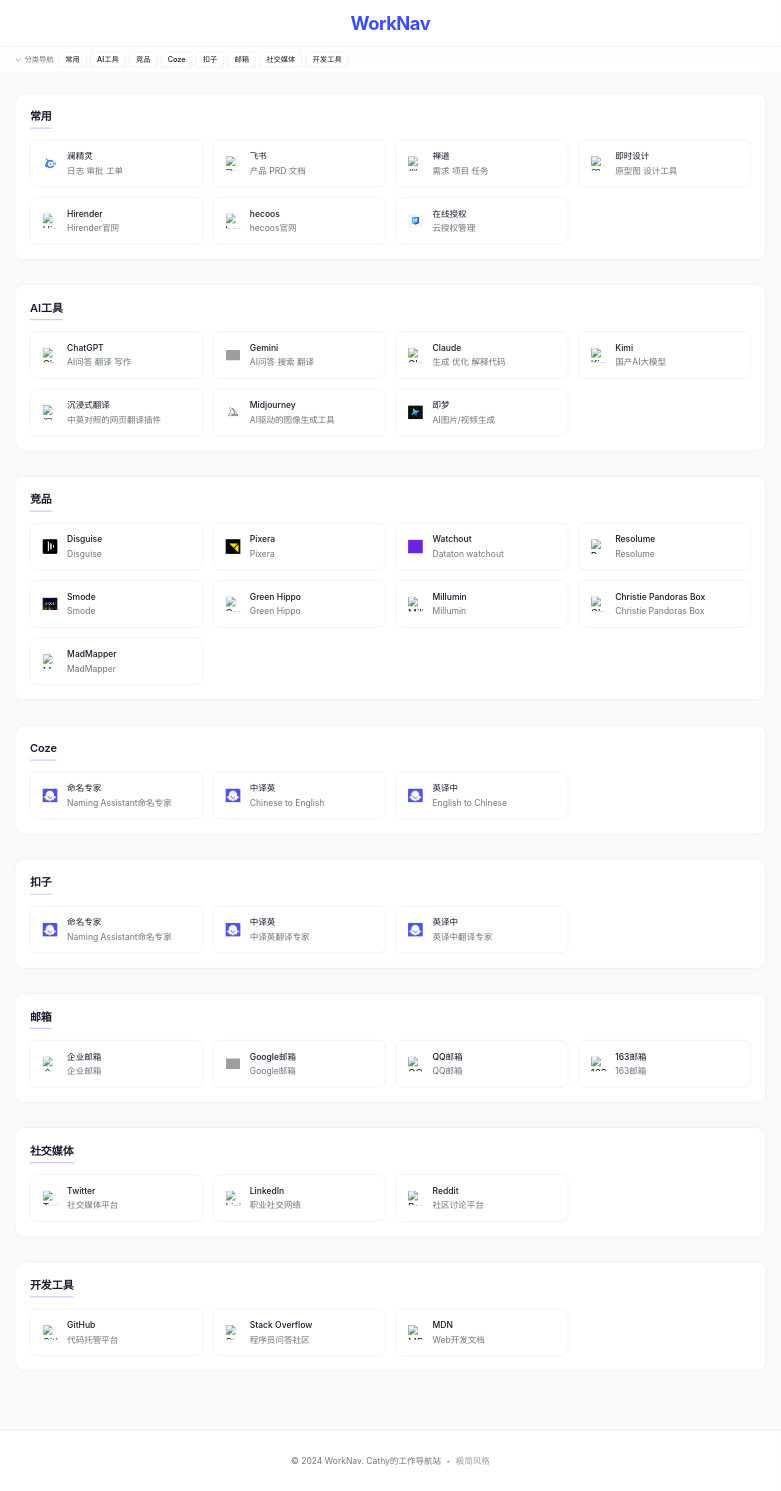
Repository: SweetPomelo0/WorkNav
Page: /
The author's editor kept a copy of each file at every save. The page is drawn from the files as they stood at one save, then again after the next save.
The browser window is 1280 px wide. The pictures show the whole page, at 61% of full size.
Pictures or frames that could not be fetched are drawn as grey boxes. The project was rebuilt for these pictures with package versions that can differ from the ones it lists, and the page was loaded fresh each time. The framework's server and built-in components were replaced by stand-ins that run in the browser. Also part of the build but not shown: next.config.ts.

Above is the page before, as saved 2025-07-26 21:36:12.

### src/app/layout.tsx
import type { Metadata } from "next";
import { Geist, Geist_Mono } from "next/font/google";
import "./globals.css";

const geistSans = Geist({
  variable: "--font-geist-sans",
  subsets: ["latin"],
});

const geistMono = Geist_Mono({
  variable: "--font-geist-mono",
  subsets: ["latin"],
});

export const metadata: Metadata = {
  title: "WorkNav - 工作网址导航",
  description: "一个简洁的工作网址导航页面",
};

export default function RootLayout({
  children,
}: Readonly<{
  children: React.ReactNode;
}>) {
  return (
    <html lang="en">
      <body
        className={`${geistSans.variable} ${geistMono.variable} antialiased`}
      >
        {children}
      </body>
    </html>
  );
}

### src/app/page.tsx
export default function Home() {
  // 定义导航分类和链接
  const categories = [
    {
      title: "常用",
      links: [
        { name: "澜精灵", url: "https://www.lanerp.com/Admin/index/index.html", desc: "日志 审批 工单", icon: "/img/lanjingling.png" },
        { name: "飞书", url: "https://enlightv.feishu.cn/wiki/D6Z1wOai9iVI4bkVlumcJprDn2e?fromScene=spaceOverview", desc: "产品 PRD 文档", icon: "https://feishu.cn/favicon.ico" },
        { name: "禅道", url: "https://enlightv.zentaopm.com/my/", desc: "需求 项目 任务", icon: "https://enlightv.zentaopm.com/favicon.ico" },
        { name: "即时设计", url: "https://js.design/recent", desc: "原型图 设计工具", icon: "https://img.js.design/assets/webImg/favicon.ico" },
        { name: "Hirender", url: "https://www.hirender.com/#/home", desc: "Hirender官网", icon: "https://www.hirender.com/favicon.ico" },
        { name: "hecoos", url: "https://www.hecoos.com/web/#/home", desc: "hecoos官网", icon: "https://www.hecoos.com/favicon.ico" },
        { name: "在线授权", url: "https://license.enlightv.com/web/", desc: "云授权管理", icon: "data:[embedded picture, 6295 characters]" },
      ]
    },
    {
      title: "AI工具",
      links: [
        { name: "ChatGPT", url: "https://chatgpt.com/", desc: "AI问答 翻译 写作", icon: "https://cdn.oaistatic.com/assets/favicon-180x180-od45eci6.webp" },
        { name: "Gemini", url: "https://gemini.google.com/app", desc: "AI问答 搜索 翻译", icon: "https://www.gstatic.com/lamda/images/gemini_sparkle_4g_512_lt_f94943af3be039176192d.png" },
        { name: "Claude", url: "https://claude.ai/", desc: "生成 优化 解释代码", icon: "https://claude.ai/favicon.ico" },
        { name: "Kimi", url: "https://www.kimi.com/", desc: "国产AI大模型", icon: "https://www.kimi.com/favicon.ico" },
        { name: "沉浸式翻译", url: "https://immersivetranslate.com/zh-Hans/?utm_source=ai-bot.cn", desc: "中英对照的网页翻译插件", icon: "https://immersivetranslate.com/favicon.ico" },
        { name: "Midjourney", url: "https://www.midjourney.com/explore?tab=video_top", desc: "AI驱动的图像生成工具", icon: "/img/mj.png" },
        { name: "即梦", url: "https://jimeng.jianying.com/ai-tool/home", desc: "AI图片/视频生成", icon: "/img/jimeng.png" }

      ]
    },
    {
      title: "竞品",
      links: [
        { name: "Disguise", url: "https://www.disguise.one/en", desc: "Disguise", icon: "/img/disguise.png" },
        { name: "Pixera", url: "https://pixera.one/zh/software/overview/", desc: "Pixera", icon: "/img/pixera.png" },
        { name: "Watchout", url: "https://www.dataton.com/", desc: "Dataton watchout", icon: "/img/watchout.png" },
        { name: "Resolume", url: "https://resolume.com/", desc: "Resolume", icon: "https://resolume.com/images/favicons/apple-touch-icon.png" },
        { name: "Smode", url: "https://www.smode.io/en/", desc: "Smode", icon: "/img/smode.png" },
        { name: "Green Hippo", url: "https://www.green-hippo.com/", desc: "Green Hippo", icon: "https://www.green-hippo.com/wp-content/themes/greenhippo/assets/icons/favicon.ico" },
        { name: "Millumin", url: "https://millumin.com/v5/index.php", desc: "Millumin", icon: "https://www.millumin.com/favicon/apple-icon-180x180.png" },
        { name: "Christie Pandoras Box", url: "https://www.christiedigital.com/products/christie-pandoras-box/", desc: "Christie Pandoras Box", icon: "https://www.christiedigital.com/apple-touch-icon.png" },
        { name: "MadMapper", url: "https://madmapper.com/madmapper/software", desc: "MadMapper", icon: "https://madmapper.com/images/favicon/apple-touch-icon.png" }

      ]
    },
    {
      title: "Coze",
      links: [
        { name: "命名专家", url: "https://www.coze.com/store/agent/7530562770308956161?bot_id=true", desc: "Naming Assistant命名专家", icon: "/img/coze.png" },
        { name: "中译英", url: "https://www.coze.com/store/agent/7530572378075152440?bot_id=true", desc: "Chinese to English", icon: "/img/coze.png" },
        { name: "英译中", url: "https://www.coze.com/store/agent/7530572202144694273?bot_id=true", desc: "English to Chinese", icon: "/img/coze.png" }
      ]
    },
    {
      title: "扣子",
      links: [
        { name: "命名专家", url: "https://www.coze.cn/store/agent/7530571775823577130?bot_id=true", desc: "Naming Assistant命名专家", icon: "/img/coze.png" },
        { name: "中译英", url: "https://www.coze.cn/store/agent/7530581452909035572?bot_id=true", desc: "中译英翻译专家", icon: "/img/coze.png" },
        { name: "英译中", url: "https://www.coze.cn/store/agent/7530581958234193970?bot_id=true", desc: "英译中翻译专家", icon: "/img/coze.png" }
      ]
    },
    {
      title: "邮箱",
      links: [
        { name: "企业邮箱", url: "https://exmail.qq.com/cgi-bin/frame_html?sid=qPUC22bEtIEF7kUt,2&sign_type=&r=586a2a390ca023395a120877ca5870f0", desc: "企业邮箱", icon: "https://exmail.qq.com/favicon.ico" },
        { name: "Google邮箱", url: "https://mail.google.com/mail/u/0/#inbox", desc: "Google邮箱", icon: "https://ssl.gstatic.com/ui/v1/icons/mail/rfr/gmail.ico" },
        { name: "QQ邮箱", url: "https://mail.qq.com/", desc: "QQ邮箱", icon: "https://mail.qq.com/favicon.ico" },
        { name: "163邮箱", url: "https://mail.163.com/", desc: "163邮箱", icon: "https://mail.163.com/favicon.ico" }
      ]
    },
    {
      title: "社交媒体",
      links: [
        { name: "Twitter", url: "https://twitter.com", desc: "社交媒体平台", icon: "https://twitter.com/favicon.ico" },
        { name: "LinkedIn", url: "https://www.linkedin.com", desc: "职业社交网络", icon: "https://www.linkedin.com/favicon.ico" },
        { name: "Reddit", url: "https://www.reddit.com", desc: "社区讨论平台", icon: "https://www.reddit.com/favicon.ico" }
      ]
    },
    {
      title: "开发工具",
      links: [
        { name: "GitHub", url: "https://github.com", desc: "代码托管平台", icon: "https://github.com/favicon.ico" },
        { name: "Stack Overflow", url: "https://stackoverflow.com", desc: "程序员问答社区", icon: "https://stackoverflow.com/favicon.ico" },
        { name: "MDN", url: "https://developer.mozilla.org", desc: "Web开发文档", icon: "https://developer.mozilla.org/favicon.ico" },
      ]
    }

  ];

  return (
    <div className="min-h-screen" style={{ background: 'var(--background)', color: 'var(--text-primary)' }}>
      {/* Header */}
      <header style={{ background: 'var(--header-bg)', borderBottom: '1px solid var(--card-border)' }}>
        <div className="max-w-7xl mx-auto px-6 py-5">
          <div className="text-center">
            <h1 className="text-3xl font-bold tracking-tight bg-clip-text text-transparent bg-gradient-to-r from-blue-600 to-indigo-600 dark:from-blue-400 dark:to-indigo-400">WorkNav</h1>
          </div>
        </div>
      </header>

      {/* Category Navigation */}
      <div className="sticky top-0 z-10" style={{ background: 'rgba(var(--header-bg-rgb), 0.85)', borderBottom: '1px solid var(--card-border)', backdropFilter: 'blur(12px)' }}>
        <div className="max-w-7xl mx-auto px-6 py-2 overflow-x-auto">
          <div className="flex items-center">
            <div className="flex-shrink-0 mr-2">
              <div className="flex items-center">
                <svg xmlns="http://www.w3.org/2000/svg" className="h-3 w-3 mr-1" fill="none" viewBox="0 0 24 24" stroke="currentColor" style={{ color: 'var(--accent)' }}>
                  <path strokeLinecap="round" strokeLinejoin="round" strokeWidth={2} d="M19 9l-7 7-7-7" />
                </svg>
                <span className="text-xs font-medium" style={{ color: 'var(--text-secondary)' }}>分类导航</span>
              </div>
            </div>
            <div className="flex space-x-1.5 overflow-x-auto scrollbar-thin flex-grow">
              {categories.map((category, index) => (
                <a
                  key={index}
                  href={`#category-${index}`}
                  className="text-xs font-medium whitespace-nowrap px-2.5 py-1 rounded-md transition-all duration-200 hover:scale-105 hover:shadow-md flex-shrink-0"
                  style={{
                    background: 'var(--card-bg)',
                    border: '1px solid var(--card-border)',
                    boxShadow: '0 1px 2px rgba(0,0,0,0.05)'
                  }}
                >
                  {category.title}
                </a>
              ))}
            </div>
          </div>
        </div>
      </div>

      {/* Main Content */}
       <main className="max-w-7xl mx-auto px-6 py-8">
         <div className="space-y-10">
           {categories.map((category, index) => (
             <div
               key={index}
               id={`category-${index}`}
               style={{
                 background: 'var(--card-bg)',
                 borderColor: 'var(--card-border)'
               }}
               className="rounded-2xl border p-6 transition-all duration-300 hover:shadow-lg"
             >
               <h2
                 className="text-lg font-semibold mb-6 relative inline-block"
                 style={{ color: 'var(--text-primary)' }}
               >
                 <span className="relative z-10">{category.title}</span>
                 <span
                  className="absolute bottom-0 left-0 w-full h-0.5 rounded-full opacity-30"
                  style={{ background: 'var(--accent)', transform: 'translateY(6px)' }}
                ></span>
               </h2>
               <div className="grid grid-cols-1 sm:grid-cols-2 lg:grid-cols-3 xl:grid-cols-4 gap-4">
                 {category.links.map((link, linkIndex) => (
                   <a
                     key={linkIndex}
                     href={link.url}
                     target="_blank"
                     rel="noopener noreferrer"
                     style={{
                       borderColor: 'var(--card-border)',
                       background: 'var(--card-bg)'
                     }}
                     className="block p-4 rounded-xl border hover:shadow-md transition-all duration-200 group relative"
                   >

                     <div className="flex items-center justify-between">
                       <div className="flex items-center flex-1">
                         <div className="w-8 h-8 mr-3 flex-shrink-0 flex items-center justify-center">
                           {link.icon ? (
                             <img
                               src={link.icon}
                               alt={`${link.name} icon`}
                               className="w-6 h-6 object-contain"
                             />
                           ) : (
                             <div
                               style={{ background: 'var(--card-hover)' }}
                               className="w-6 h-6 rounded-md flex items-center justify-center"
                             >
                               <span style={{ color: 'var(--text-secondary)' }} className="text-xs font-medium">
                                 {link.name.charAt(0).toUpperCase()}
                               </span>
                             </div>
                           )}
                         </div>
                         <div className="flex-1">
                           <h3
                             style={{ color: 'var(--text-primary)' }}
                             className="text-sm font-medium group-hover:text-blue-600 dark:group-hover:text-blue-400 transition-colors"
                           >
                             {link.name}
                           </h3>
                           <p
                             style={{ color: 'var(--text-secondary)' }}
                             className="text-sm mt-1"
                           >
                             {link.desc}
                           </p>
                         </div>
                       </div>

                     </div>
                   </a>
                 ))}
               </div>
             </div>
           ))}
         </div>
       </main>

      {/* Footer */}
      <footer style={{ borderTop: '1px solid var(--card-border)', background: 'var(--footer-bg)' }} className="mt-16">
        <div className="max-w-7xl mx-auto px-6 py-10">
          <div className="text-center">
            <p style={{ color: 'var(--text-secondary)' }} className="text-sm">
              © 2024 WorkNav. Cathy的工作导航站
              <span className="inline-block mx-2 opacity-50">•</span>
              <span className="opacity-70">极简风格</span>
            </p>
          </div>
        </div>
      </footer>
    </div>
  );
}

### src/app/globals.css
@import "tailwindcss";

:root {
  --background: #f8f9fa;
  --foreground: #1a1a2e;
  --card-bg: #ffffff;
  --card-border: #e9ecef;
  --card-hover: #f1f3f5;
  --accent: #4361ee;
  --accent-hover: #3a56d4;
  --text-primary: #1a1a2e;
  --text-secondary: #6c757d;
  --text-tertiary: #adb5bd;
  --header-bg: #ffffff;
  --header-bg-rgb: 255, 255, 255;
  --footer-bg: #ffffff;
}

@theme inline {
  --color-background: var(--background);
  --color-foreground: var(--foreground);
  --font-sans: var(--font-geist-sans);
  --font-mono: var(--font-geist-mono);
}

@media (prefers-color-scheme: dark) {
  :root {
    --background: #121212;
    --foreground: #f8f9fa;
    --card-bg: #1e1e1e;
    --card-border: #2d2d2d;
    --card-hover: #2a2a2a;
    --accent: #4361ee;
    --accent-hover: #5a72f0;
    --text-primary: #f8f9fa;
    --text-secondary: #adb5bd;
    --text-tertiary: #6c757d;
    --header-bg: #1a1a1a;
    --header-bg-rgb: 26, 26, 26;
    --footer-bg: #1a1a1a;
  }
}

body {
  background: var(--background);
  color: var(--foreground);
  font-family:
    "Inter",
    -apple-system,
    BlinkMacSystemFont,
    "Segoe UI",
    Roboto,
    Oxygen,
    Ubuntu,
    Cantarell,
    "Open Sans",
    "Helvetica Neue",
    sans-serif;
}

/* 平滑滚动和过渡效果 */
html {
  scroll-behavior: smooth;
}

* {
  transition:
    background-color 0.2s ease,
    border-color 0.2s ease,
    transform 0.2s ease;
}

/* 自定义滚动条 */
::-webkit-scrollbar {
  width: 8px;
  height: 8px;
}

::-webkit-scrollbar-track {
  background: transparent;
}

::-webkit-scrollbar-thumb {
  background: var(--text-tertiary);
  border-radius: 4px;
}

::-webkit-scrollbar-thumb:hover {
  background: var(--text-secondary);
}

After the next save:
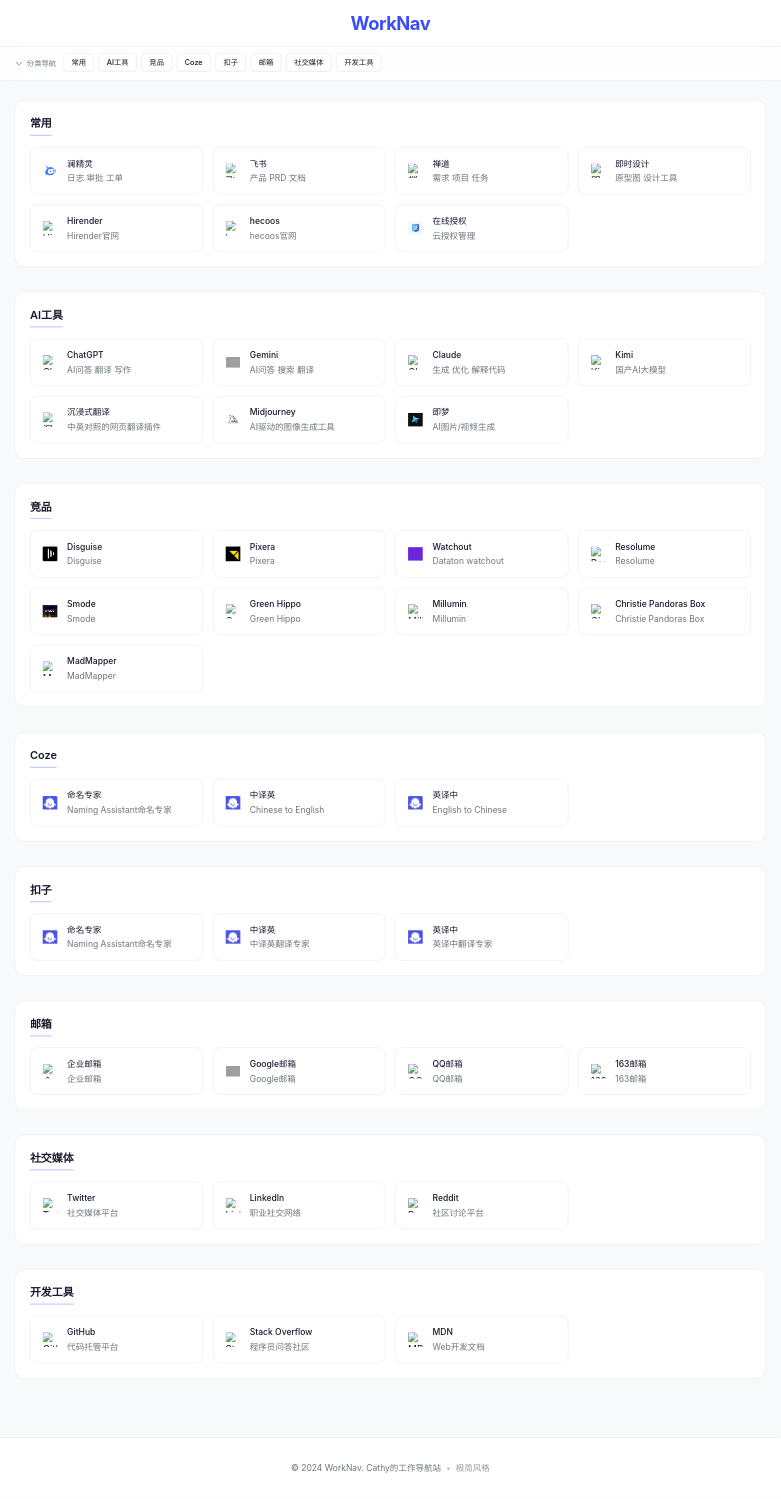
Saved 16 s later.
--- a/src/app/page.tsx
+++ b/src/app/page.tsx
@@ -98,22 +98,22 @@
 
       {/* Category Navigation */}
       <div className="sticky top-0 z-10" style={{ background: 'rgba(var(--header-bg-rgb), 0.85)', borderBottom: '1px solid var(--card-border)', backdropFilter: 'blur(12px)' }}>
-        <div className="max-w-7xl mx-auto px-6 py-2 overflow-x-auto">
+        <div className="max-w-7xl mx-auto px-6 py-2.5 overflow-x-auto">
           <div className="flex items-center">
-            <div className="flex-shrink-0 mr-2">
+            <div className="flex-shrink-0 mr-3">
               <div className="flex items-center">
-                <svg xmlns="http://www.w3.org/2000/svg" className="h-3 w-3 mr-1" fill="none" viewBox="0 0 24 24" stroke="currentColor" style={{ color: 'var(--accent)' }}>
+                <svg xmlns="http://www.w3.org/2000/svg" className="h-3.5 w-3.5 mr-1.5" fill="none" viewBox="0 0 24 24" stroke="currentColor" style={{ color: 'var(--accent)' }}>
                   <path strokeLinecap="round" strokeLinejoin="round" strokeWidth={2} d="M19 9l-7 7-7-7" />
                 </svg>
                 <span className="text-xs font-medium" style={{ color: 'var(--text-secondary)' }}>分类导航</span>
               </div>
             </div>
-            <div className="flex space-x-1.5 overflow-x-auto scrollbar-thin flex-grow">
+            <div className="flex space-x-2 overflow-x-auto pb-1 scrollbar-thin flex-grow">
               {categories.map((category, index) => (
                 <a
                   key={index}
                   href={`#category-${index}`}
-                  className="text-xs font-medium whitespace-nowrap px-2.5 py-1 rounded-md transition-all duration-200 hover:scale-105 hover:shadow-md flex-shrink-0"
+                  className="text-xs font-medium whitespace-nowrap px-3 py-1.5 rounded-md transition-all duration-200 hover:scale-105 hover:shadow-md flex-shrink-0"
                   style={{
                     background: 'var(--card-bg)',
                     border: '1px solid var(--card-border)',
